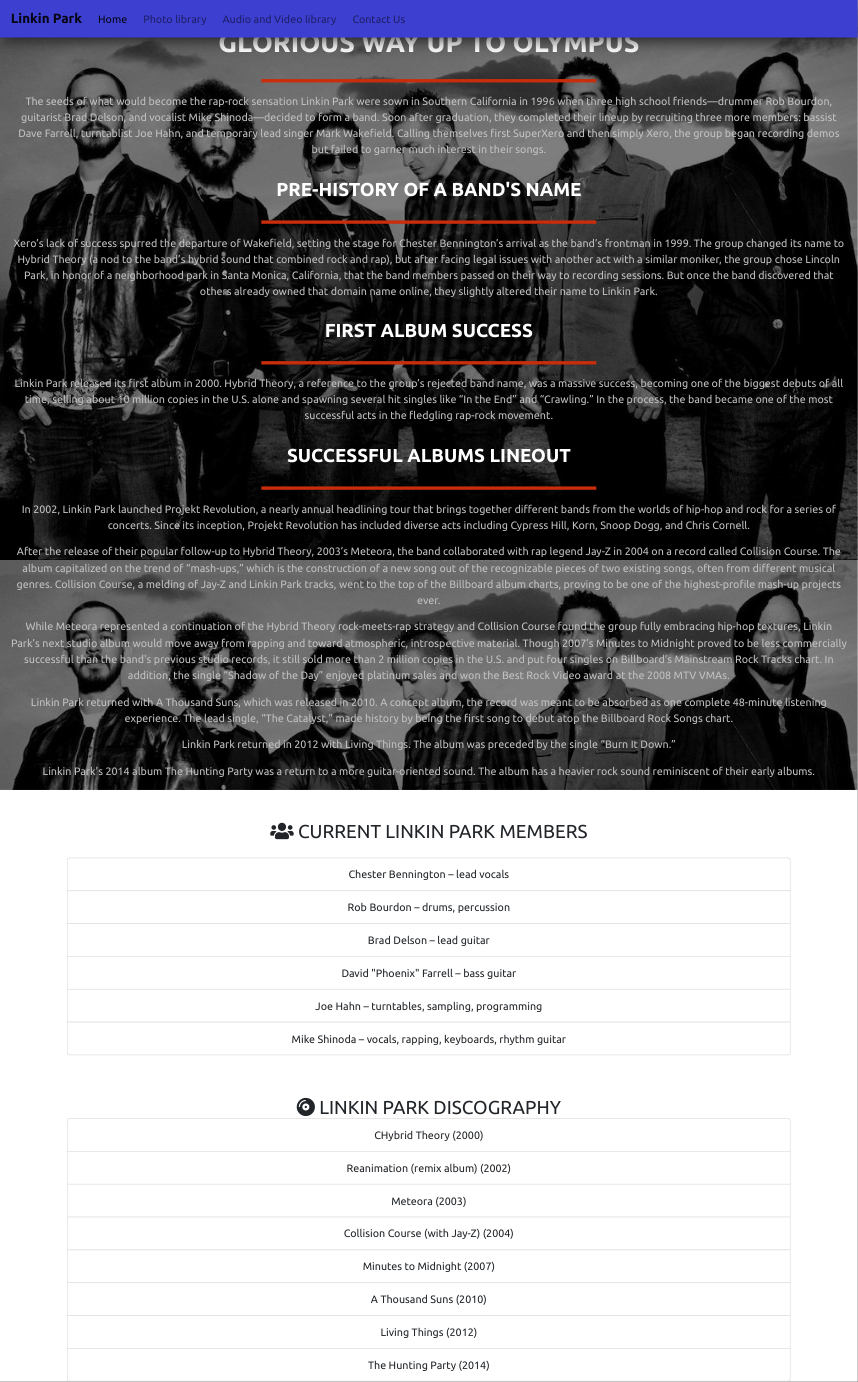
Repository: vaida898/website
Page: index.html
The author's editor kept a record of every edit. The page is drawn from the files as they stood at one moment, then again after the next edit.
The browser window is 1280 px wide. The pictures show the whole page, at 67% of full size.
Backgrounds fixed to the window are drawn as part of the page. Some web libraries are served in a nearby version.

Above is the page before.
Console error: TypeError: Cannot read properties of undefined (reading 'fn')

After the next edit:
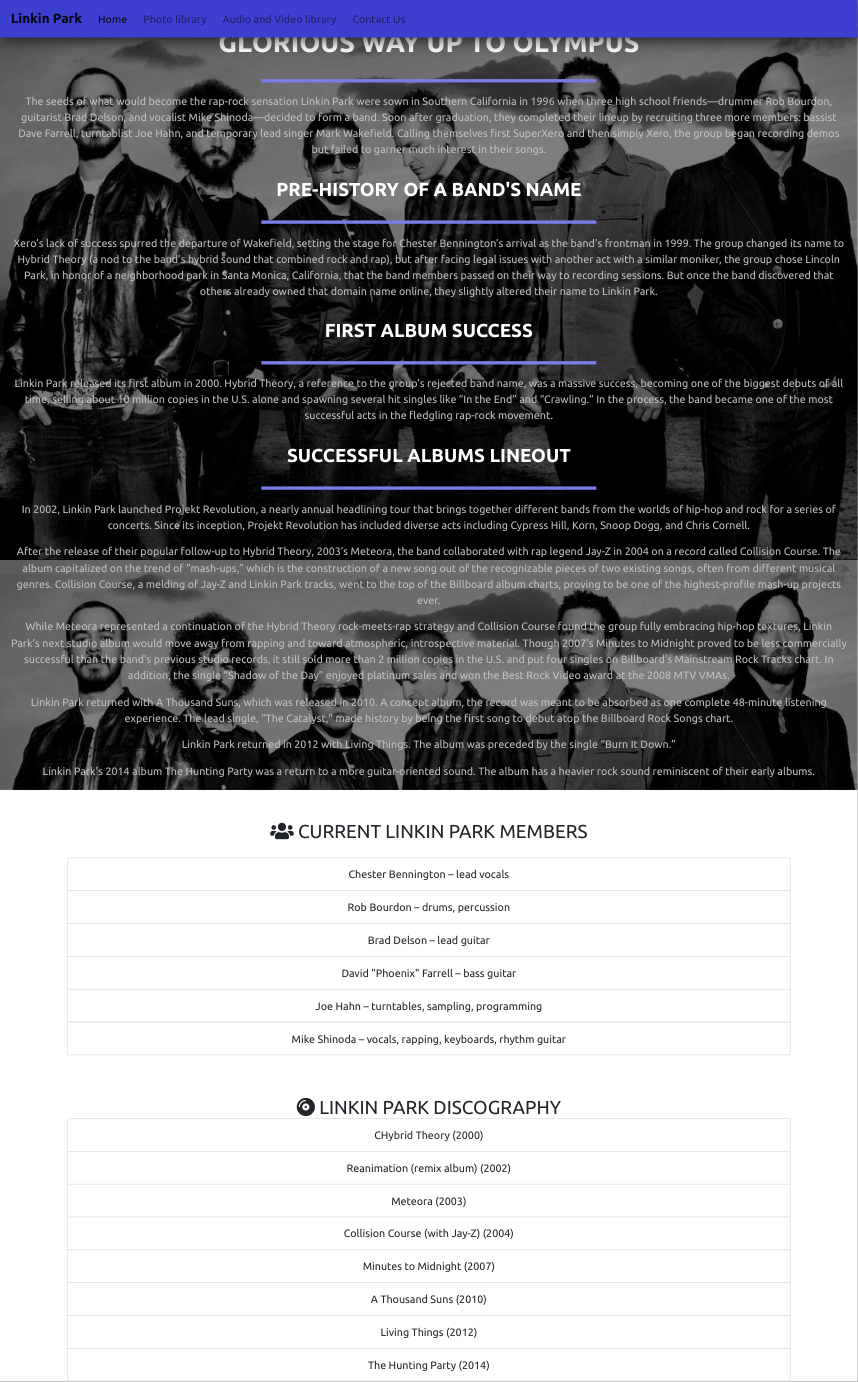
The edit:
--- a/css/style.css
+++ b/css/style.css
@@ -53,7 +53,7 @@
     width: 500px;
     height: 5px;
     border: 0;
-    background-color: #CA2D0B;
+    background-color: #7A7CE7;
 }
 
 /* Members container*/
